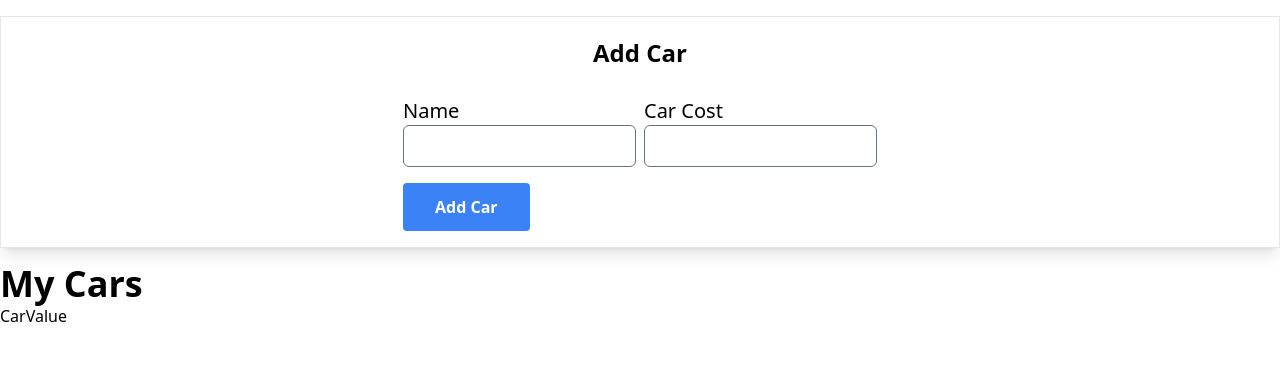
Repository: Marhamat92/carsappreduxtoolkit
Page: /
The author's editor kept a copy of each file at every save. The page is drawn from the files as they stood at one save, then again after the next save.
The browser window is 1280 px wide. The pictures show the whole page.
The project was rebuilt for these pictures with package versions that can differ from the ones it lists, and the page was loaded fresh each time.

Above is the page before, as saved 2023-01-23 23:57:35.

### src/index.js
import React from 'react';
import ReactDOM from 'react-dom/client';
import './index.css';
import App from './App';
import { Provider } from 'react-redux';
import { store } from './store'


const root = ReactDOM.createRoot(document.getElementById('root'));
root.render(
  <Provider store={store}>
    <App />
  </Provider>
);

### src/App.js
import CarForm from "./components/CarForm";
import CarList from "./components/CarList";
import CarSearch from "./components/CarSearch";
import CarValue from "./components/CarValue";


function App() {
  return (
    <div className="container mx-auto">
      <CarForm />
      <CarSearch />
      <CarList />
      <CarValue />
    </div>
  );
}

export default App;

### src/store/index.js
import { configureStore } from "@reduxjs/toolkit";
import {
  carsReducer,
  addCar,
  removeCar,
  changeSearchTerm,
} from "./slices/carsSlice";
import { formReducer, changeName, changeCost } from "./slices/formSlice";

const store = configureStore({
  reducer: {
    cars: carsReducer,
    form: formReducer,
  },
})

export { store, addCar, removeCar, changeSearchTerm, changeName, changeCost };

### src/components/CarForm.js
import React from 'react'
import { useDispatch, useSelector } from 'react-redux'
import { changeName, changeCost, addCar } from '../store'



function CarForm() {
  const dispatch = useDispatch(); // this is the hook that allows us to dispatch actions to the store
  const { name, cost } = useSelector((state) => { // this is the hook that allows us to access the store
    return {
      name: state.form.name,
      cost: state.form.cost
    }
  })


  const handleNameChange = (e) => {
    dispatch(changeName(e.target.value))
  }

  const handleCostChange = (e) => {
    const carCost = parseInt(e.target.value) || 0;
    dispatch(changeCost(carCost))

  }


  const handleSubmit = (e) => {
    e.preventDefault();
    dispatch(addCar({ name, cost }))
  }


  //!after adding a car, clear the form fields with extra reducers which will be added to the formSlice,otherwise we can use dispatch(changeName('')) and dispatch(changeCost(0)) to clear the form fields but it is not a good practice



  return (
    <div className='flex flex-col items-center justify-center border shadow-lg py-4 mt-4'>
      <h1 className='font-bold text-2xl py-1' >Add Car</h1>
      <div className='mt-6'>
        <form onSubmit={handleSubmit} className=''>
          <div className='flex flex-row space-x-2'>
            <div className='flex flex-col'>
              <label className='text-xl' htmlFor='make'>Name</label>
              <input className=' border border-gray-500 rounded-md py-2

              ' value={name} onChange={handleNameChange} type='text' name='carName' id='carName' />
            </div>
            <div className='flex flex-col'>
              <label className='text-xl' htmlFor='price'>Car Cost</label>
              <input className=' border border-gray-500 rounded-md py-2

              ' value={cost || ''} onChange={handleCostChange} type='number' name='price' id='price' />
            </div>
          </div>
          <button className='bg-blue-500 hover:bg-blue-700 text-white font-bold py-3  px-8 rounded mt-4' type='submit'>Add Car</button>
        </form>
      </div>
    </div>
  )
}

export default CarForm

### src/components/CarList.js
import React from 'react'
import { useSelector, useDispatch } from 'react-redux'
import { removeCar } from '../store'


function CarList() {


  const dispatch = useDispatch();

  const cars = useSelector((state) => {
    return state.cars.data;
  })

  const handleDeleteCar = (car) => {
    dispatch(removeCar(car.id))
  }



  const renderedCars = cars.map((car) => {
    return (
      <div className='flex justify-between space-y-3 items-center shadow-lg mt-4 py-2 px-4 rounded-md' key={car.id}>
        <p className='text-3xl' >{car.name} - ${car.cost}</p>
        <button onClick={() => handleDeleteCar(car)} className='bg-red-500 px-4 py-2 text-3xl rounded-md'>
          Remove
        </button>
      </div>
    )
  })




  return (
    <div>{renderedCars}</div>
  )
}

export default CarList

### src/components/CarSearch.js
import React from 'react'

function CarSearch() {
  return (
    <div>
      <div className='flex justify-between mt-4' >
        <h1 className='text-4xl font-bold' >My Cars</h1>
      </div>
    </div>
  )
}

export default CarSearch

### src/components/CarValue.js
import React from 'react'

function CarValue() {
  return (
    <div>CarValue</div>
  )
}

export default CarValue

### src/store/slices/carsSlice.js
import { createSlice, nanoid } from '@reduxjs/toolkit';

const carsSlice = createSlice({
  name: 'cars',
  initialState: {
    data: [],
    searchTerm: ''
  },
  reducers: {
    changeSearchTerm(state, action) {
      state.searchTerm = action.payload;
    },
    addCar(state, action) {
      //Assumption:
      //action.payload is an object with the following properties:
      //name, cost, id
      state.data.push({
        name: action.payload.name,
        cost: action.payload.cost,
        id: nanoid()
      })
    },
    removeCar(state, action) {
      //Assumption:
      //action.payload is the id of the car to remove
      const updatedCars = state.data.filter((car) => {
        return car.id !== action.payload;
      })
      state.data = updatedCars;
    }

  }
})

export const { changeSearchTerm, addCar, removeCar } = carsSlice.actions;
export const carsReducer = carsSlice.reducer;

### src/store/slices/formSlice.js
import { createSlice } from '@reduxjs/toolkit';
import { addCar } from './carsSlice';

const formSlice = createSlice({
  name: 'form',
  initialState: {
    name: '',
    cost: 0
  },
  reducers: {
    changeName(state, action) {
      state.name = action.payload;
    },
    changeCost(state, action) {
      state.cost = action.payload;
    }
  },
  extraReducers(builder) {
    builder.addCase(addCar, (state, action) => {
      state.name = '';
      state.cost = 0;
    })
  }
})

//extraReducers is a function that takes a builder object as an argument and we can use the builder object to add extra reducers to the formSlice
//addCase is a function that takes an action and a reducer as arguments and adds the reducer to the formSlice
//the reducer will be called when the action is dispatched


export const { changeName, changeCost } = formSlice.actions;
export const formReducer = formSlice.reducer;

Loaded but not shown: public/index.html (common file); src/index.css (common file); tailwind.config.js (common file)

After the next save:
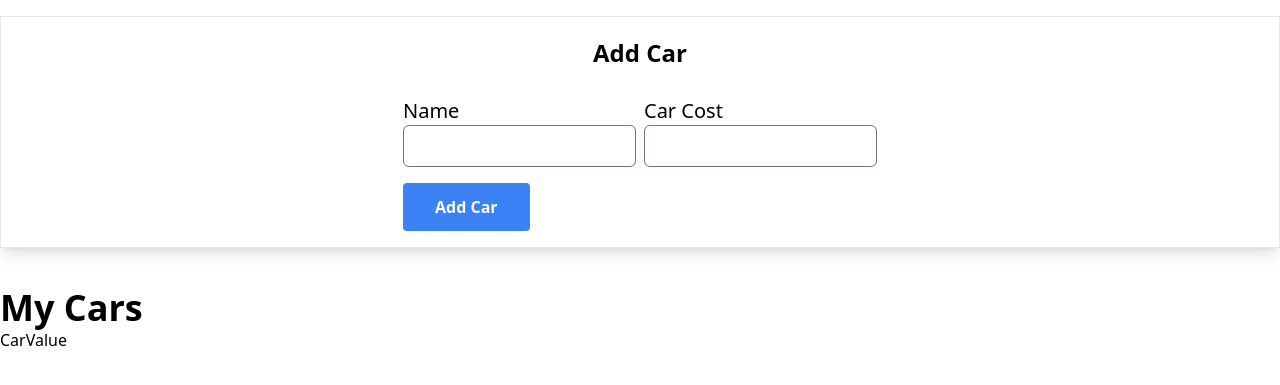
Saved 4 s later.
--- a/src/components/CarSearch.js
+++ b/src/components/CarSearch.js
@@ -3,7 +3,7 @@ import React from 'react'
 function CarSearch() {
   return (
     <div>
-      <div className='flex justify-between mt-4' >
+      <div className='flex justify-between mt-10' >
         <h1 className='text-4xl font-bold' >My Cars</h1>
       </div>
     </div>
